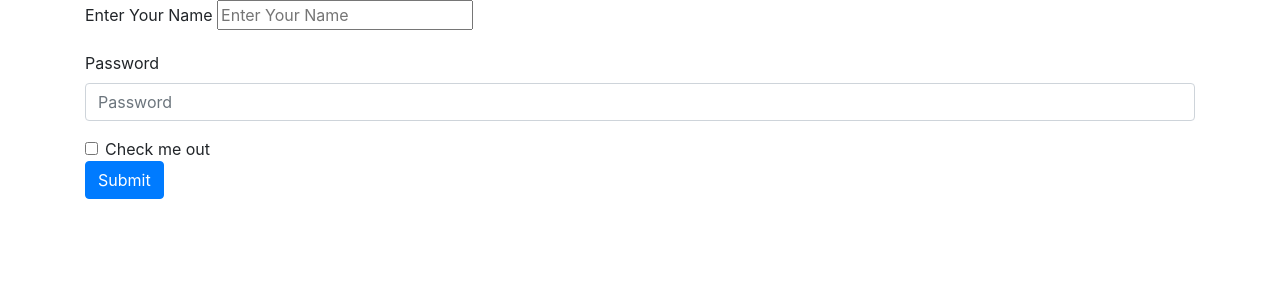
Repository: AMIT1439027/crud-app
Page: http://localhost/user.php
These files come from the project's save history. The page is drawn as it stood at one moment and after the next save; the edit follows.
The browser window is 1280 px wide. The pictures show the whole page.
The page is run by PHP 8.4 with error messages shown; the project is at /var/www/html/.

Above is the page before, as saved 2024-04-25 10:05:26.

### user.php
<!doctype html>
<html lang="en">
  <head>
    <!-- Required meta tags -->
    <meta charset="utf-8">
    <meta name="viewport" content="width=device-width, initial-scale=1, shrink-to-fit=no">

    <!-- Bootstrap CSS -->
    <link rel="stylesheet" href="https://cdn.jsdelivr.net/npm/bootstrap@4.0.0/dist/css/bootstrap.min.css" integrity="sha384-Gn5384xqQ1aoWXA+058RXPxPg6fy4IWvTNh0E263XmFcJlSAwiGgFAW/dAiS6JXm" crossorigin="anonymous">

    <title>Crud Operation</title>
  </head>
  <body>
  <div class="container">

  <form method ="post">
  <div class="form-group">
    <label >Enter Your Name</label>
    <input type="text class="form-control" placeholder="Enter Your Name ">

  </div>
  <div class="form-group">
    <label for="exampleInputPassword1">Password</label>
    <input type="password" class="form-control" id="exampleInputPassword1" placeholder="Password">
  </div>
  <div class="form-check">
    <input type="checkbox" class="form-check-input" id="exampleCheck1">
    <label class="form-check-label" for="exampleCheck1">Check me out</label>
  </div>
  <button type="submit" class="btn btn-primary">Submit</button>
</form>
  </div>

  </body>
</html>

After the next save:
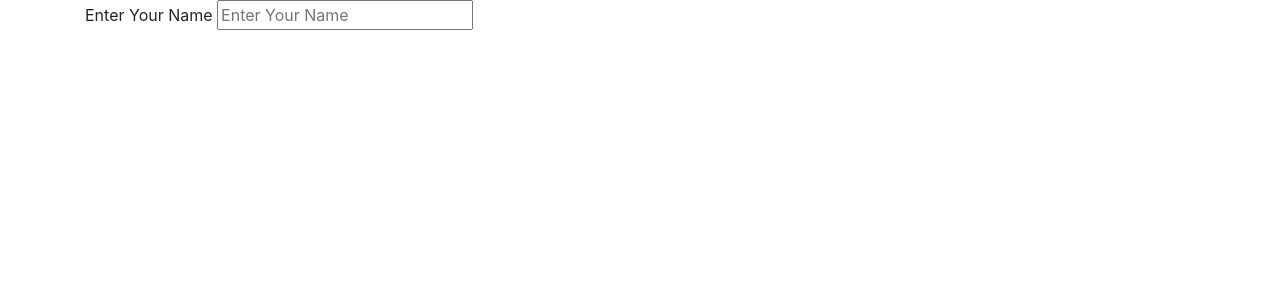
Saved 12 s later.
--- a/user.php
+++ b/user.php
@@ -19,17 +19,7 @@
     <input type="text class="form-control" placeholder="Enter Your Name ">
 
   </div>
-  <div class="form-group">
-    <label for="exampleInputPassword1">Password</label>
-    <input type="password" class="form-control" id="exampleInputPassword1" placeholder="Password">
-  </div>
-  <div class="form-check">
-    <input type="checkbox" class="form-check-input" id="exampleCheck1">
-    <label class="form-check-label" for="exampleCheck1">Check me out</label>
-  </div>
-  <button type="submit" class="btn btn-primary">Submit</button>
-</form>
-  </div>
+
 
   </body>
 </html>

After the 4 saves that followed:
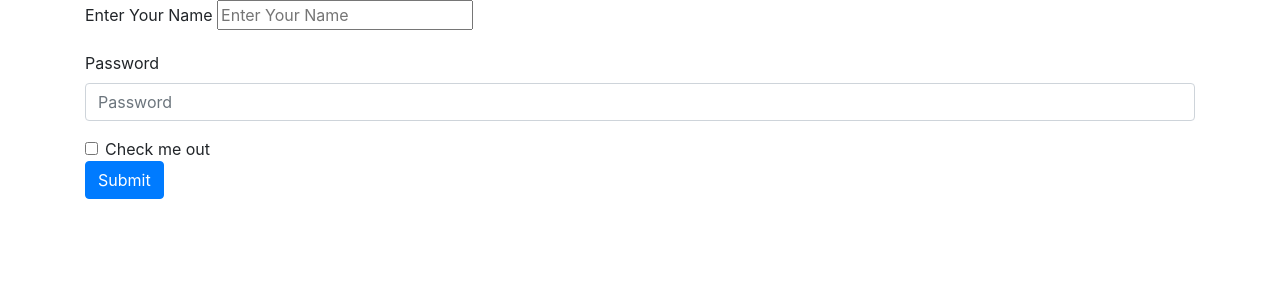
The 4 saves are shown as one change because 1 left the picture as it was and some came seconds apart.
The last was saved 35 s later.
--- a/user.php
+++ b/user.php
@@ -16,10 +16,20 @@
   <form method ="post">
   <div class="form-group">
     <label >Enter Your Name</label>
-    <input type="text class="form-control" placeholder="Enter Your Name ">
+    <input type=" class="form-control" placeholder="Enter Your Name ">
 
   </div>
-
+  <div class="form-group">
+    <label for="exampleInputPassword1">Password</label>
+    <input type="password" class="form-control" id="exampleInputPassword1" placeholder="Password">
+  </div>
+  <div class="form-check">
+    <input type="checkbox" class="form-check-input" id="exampleCheck1">
+    <label class="form-check-label" for="exampleCheck1">Check me out</label>
+  </div>
+  <button type="submit" class="btn btn-primary">Submit</button>
+</form>
+  </div>
 
   </body>
 </html>
